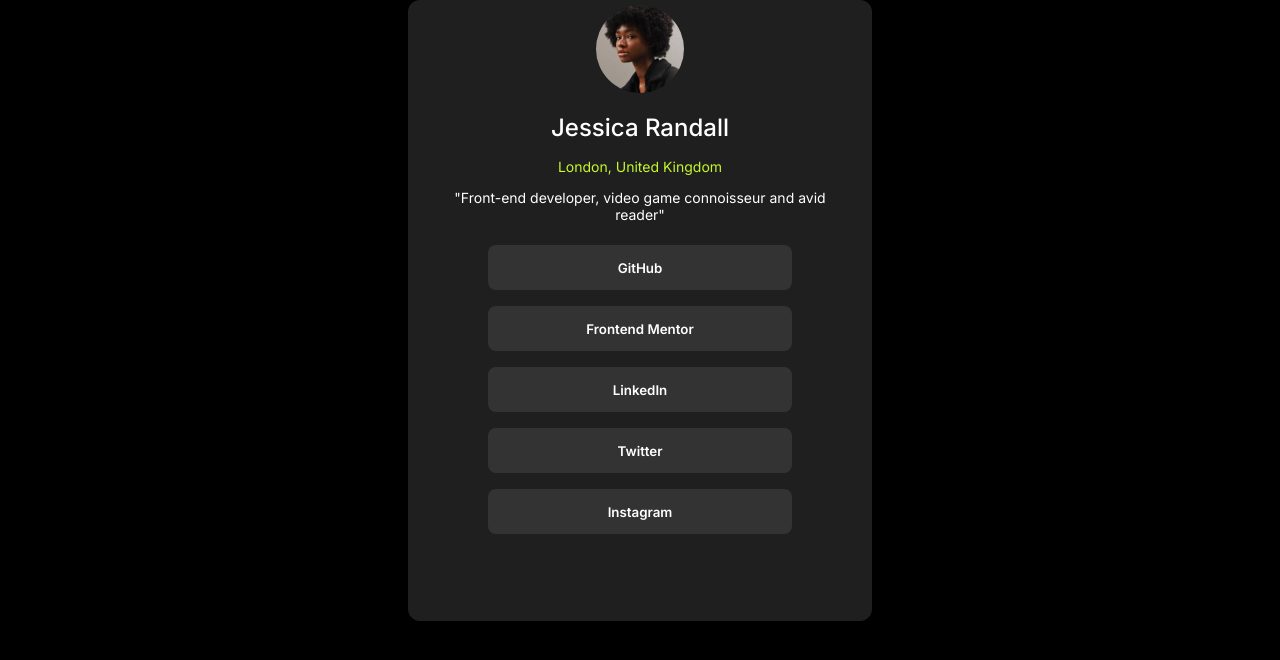
Repository: brandontaylor1/social-links-profile
Page: index.html
An editor plug-in stored every save of this project. The page is shown before and after the next save, followed by the edit.
The browser window is 1280 px wide. The pictures show the whole page.

Above is the page before, as saved 2024-12-25 17:53:52.

After the next save:
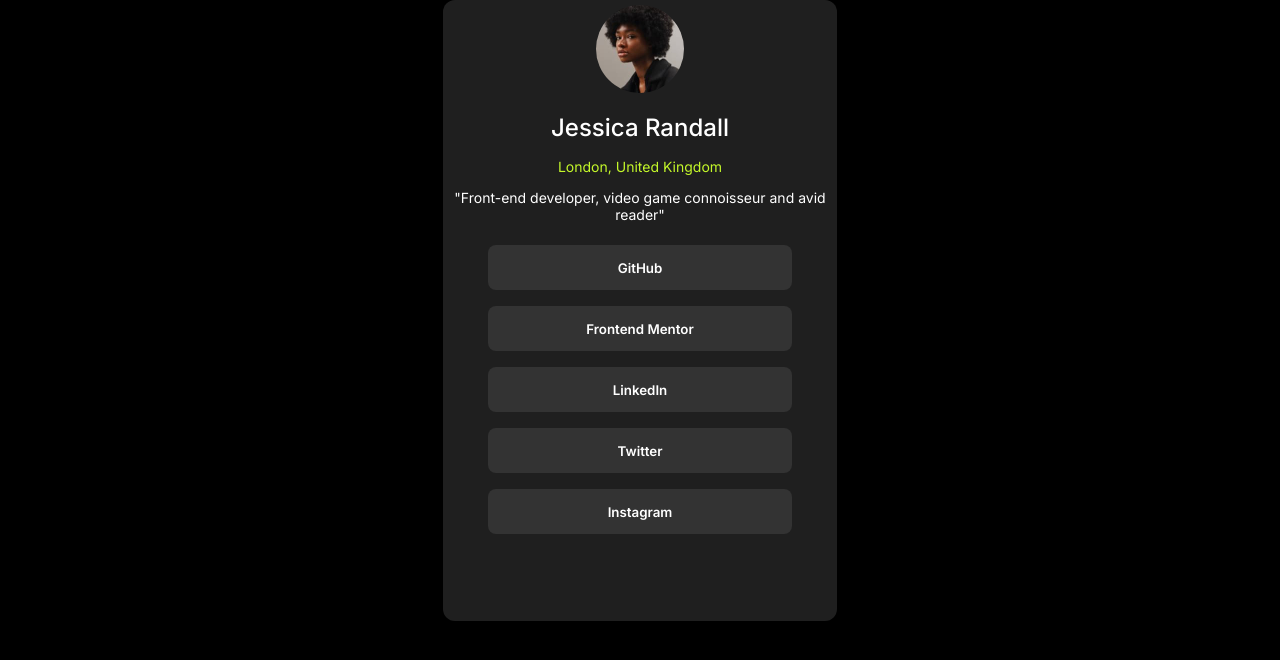
Saved 8 s later.
--- a/styles.css
+++ b/styles.css
@@ -26,7 +26,7 @@ body {
     background-color: var(--gray-800);
     color: var(--color-white);
     border-radius: 12px;
-    padding: 5px 40px;
+    padding: 5px 5px;
     width: 384px;
     height: 611px;
     text-align: center;
